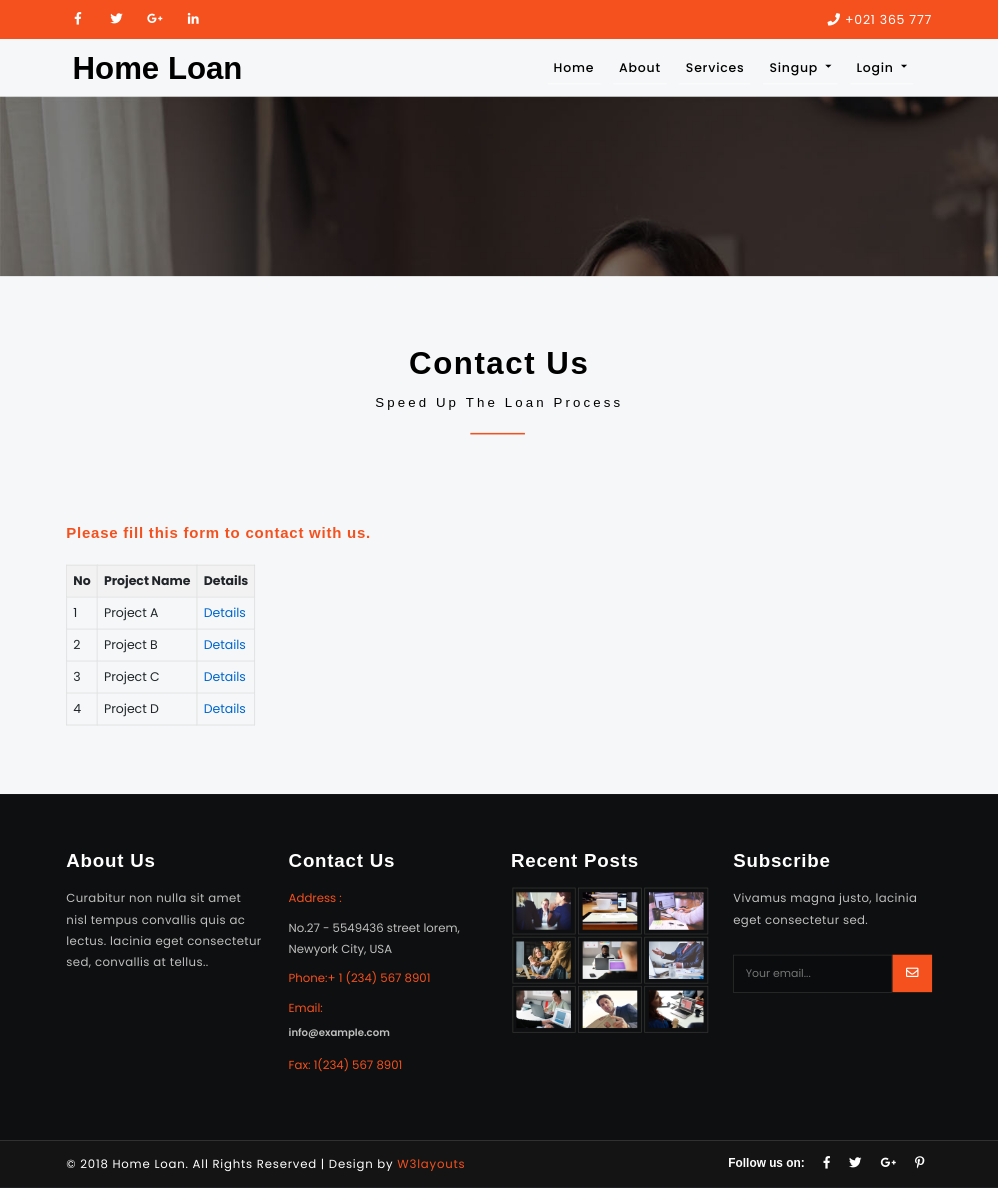
Repository: 72-faisal/Spring-MVC-project
Page: http://localhost/HomeLoan/WEB-INF/views/ApprovedProjectList.jsp
The author's editor kept a copy of each file at every save. The page is drawn from the files as they stood at one save, then again after the next save.
The browser window is 1280 px wide. The pictures show the whole page, at 78% of full size.
Some web fonts or font styles are not loaded; a fallback is used. The page is served by Tomcat 9. Nobody is signed in. The template is opened directly, without the code that normally fills it, so the values that code supplies are empty.

Above is the page before, as saved 2023-12-29 05:02:32.

After the next save:
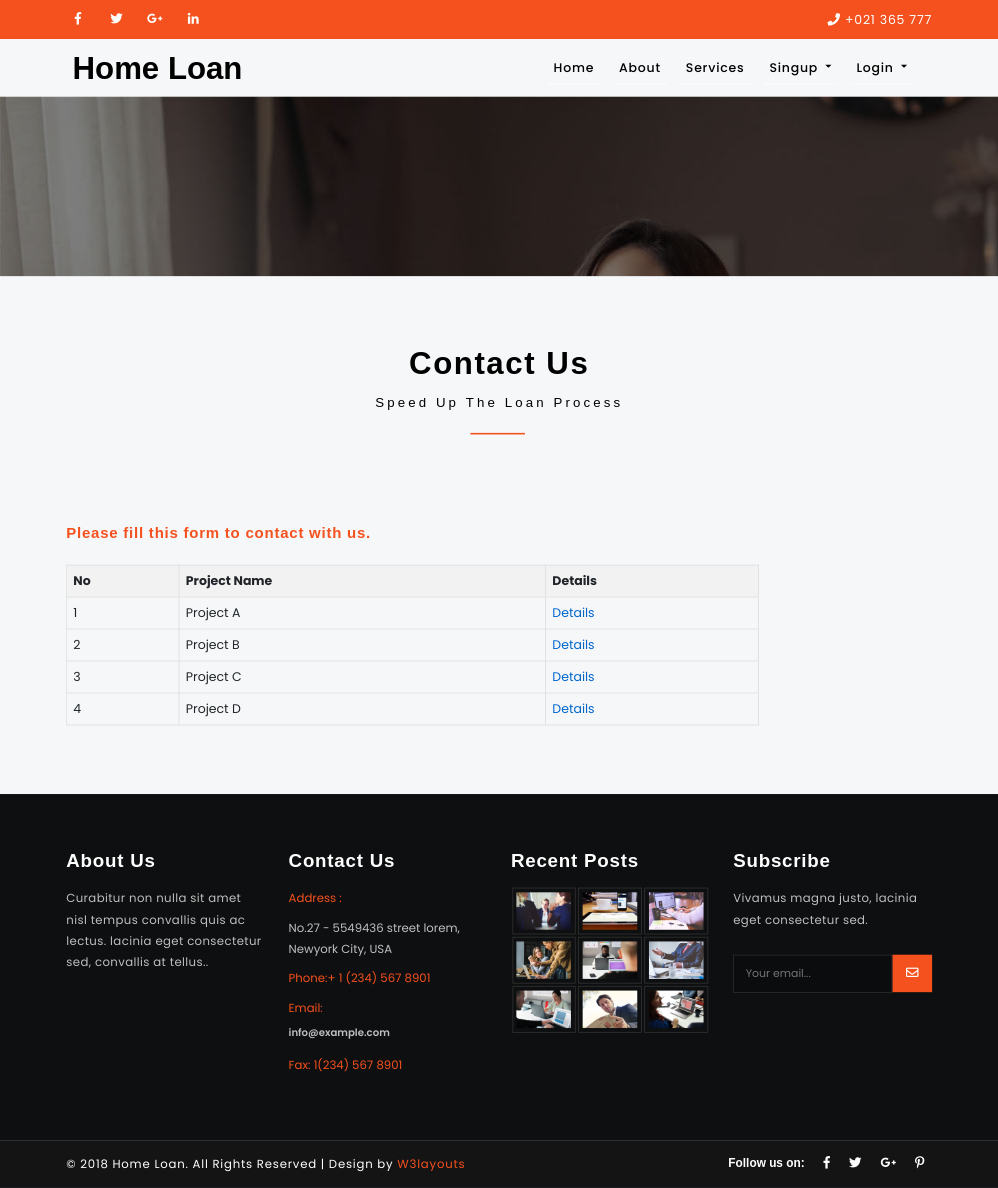
Saved 8 s later.
--- a/HomeLoan/src/main/webapp/WEB-INF/views/ApprovedProjectList.jsp
+++ b/HomeLoan/src/main/webapp/WEB-INF/views/ApprovedProjectList.jsp
@@ -48,7 +48,6 @@ SmartPhone Compatible web template, free WebDesigns for Nokia, Samsung, LG, Sony
 	href="//fonts.googleapis.com/css?family=Poppins:400,500,600,700,800"
 	rel="stylesheet">
 	<style type="text/css">
-	<style>
         table {
             width: 80%; /* Adjust the width as needed (e.g., 70% to 80%) */
             border-collapse: collapse;
